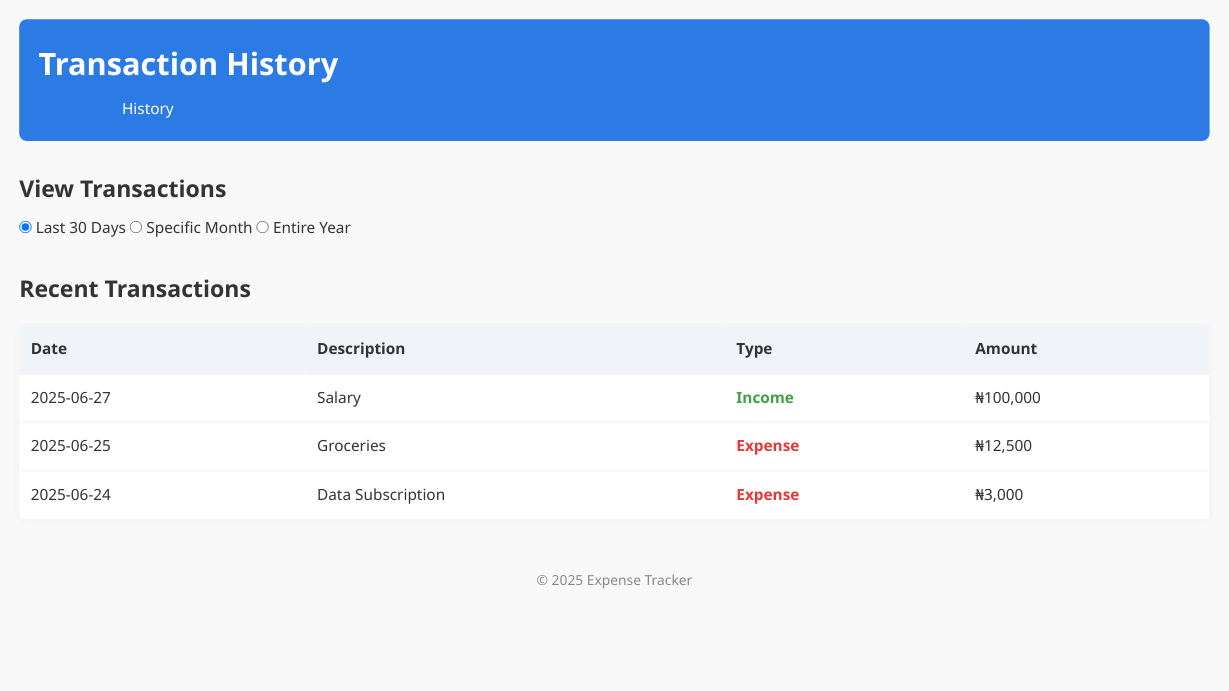
Repository: An-tonDev/expense-tracker
Page: public/html/history.html
These files come from the project's save history. The page is drawn as it stood at one moment and after the next save; the edit follows.
The browser window is 1280 px wide. The pictures show the whole page, at 96% of full size.

Above is the page before, as saved 2025-06-28 20:59:11.

After the next save:
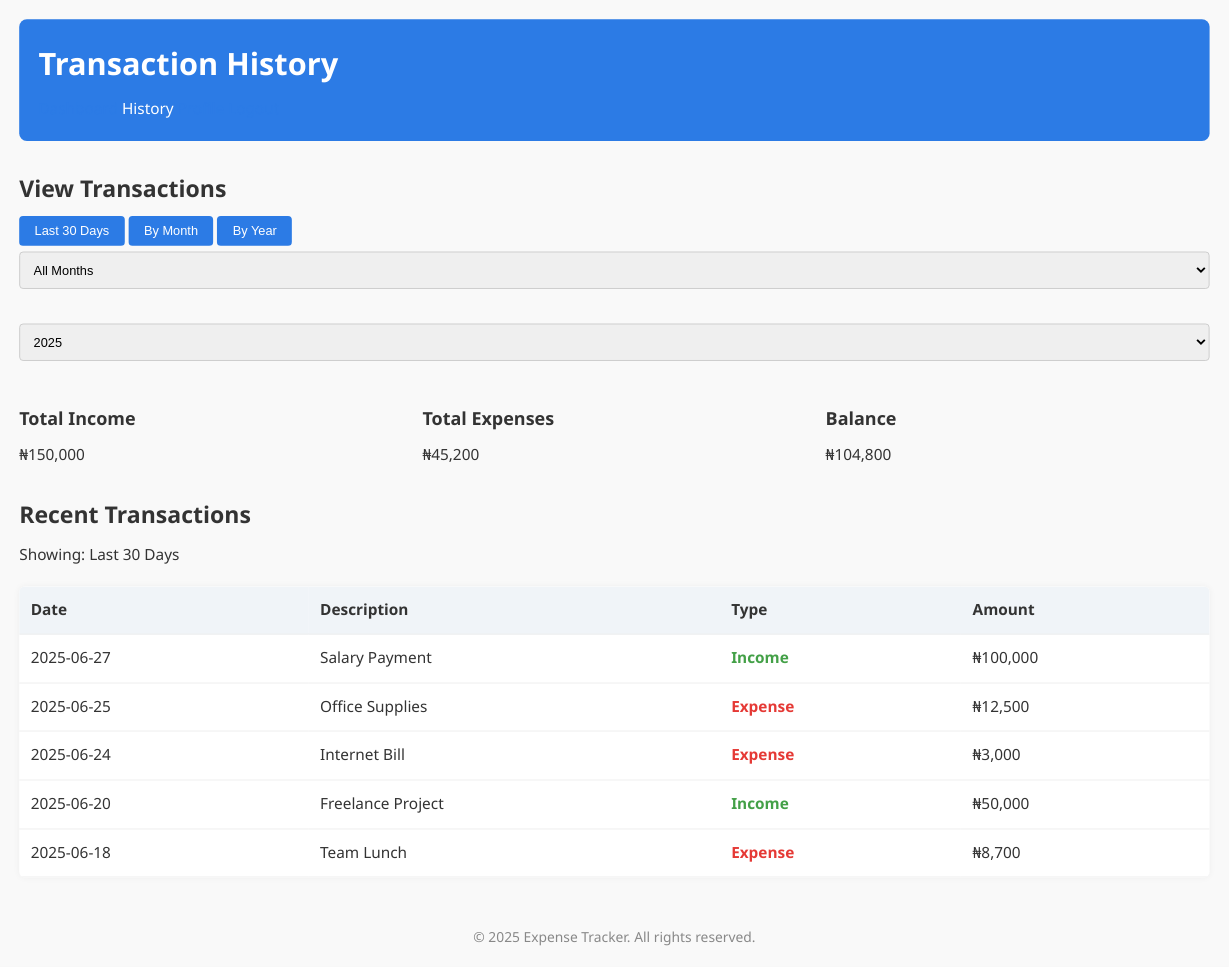
Saved 21 s later.
--- a/public/html/history.html
+++ b/public/html/history.html
@@ -19,55 +19,73 @@
   </header>
 
   <main class="history-container">
-    <!-- Filter Section -->
+    <!-- Enhanced Filter Section -->
     <section class="filter-section">
       <h2>View Transactions</h2>
       <div class="filter-options">
-        <div class="time-range">
-          <label>
-            <input type="radio" name="time-range" value="recent" checked>
-            Last 30 Days
-          </label>
-          <label>
-            <input type="radio" name="time-range" value="month">
-            Specific Month
-          </label>
-          <label>
-            <input type="radio" name="time-range" value="year">
-            Entire Year
-          </label>
+        <div class="time-range-tabs">
+          <button class="time-tab active" data-range="recent">Last 30 Days</button>
+          <button class="time-tab" data-range="month">By Month</button>
+          <button class="time-tab" data-range="year">By Year</button>
         </div>
 
-        <div class="month-year-filters" style="display:none;">
-          <select class="form-select" id="month">
-            <option value="">All Months</option>
-            <option value="01">January</option>
-            <option value="02">February</option>
-            <option value="03">March</option>
-            <option value="04">April</option>
-            <option value="05">May</option>
-            <option value="06">June</option>
-            <option value="07">July</option>
-            <option value="08">August</option>
-            <option value="09">September</option>
-            <option value="10">October</option>
-            <option value="11">November</option>
-            <option value="12">December</option>
-          </select>
-
-          <select class="form-select" id="year">
-            <option value="">All Years</option>
-            <option value="2023">2023</option>
-            <option value="2024">2024</option>
-            <option value="2025">2025</option>
-          </select>
+        <div class="month-year-filters">
+          <div class="form-group">
+            <select id="month-select" class="form-select">
+              <option value="">All Months</option>
+              <option value="01">January</option>
+              <option value="02">February</option>
+              <option value="03">March</option>
+              <option value="04">April</option>
+              <option value="05">May</option>
+              <option value="06">June</option>
+              <option value="07">July</option>
+              <option value="08">August</option>
+              <option value="09">September</option>
+              <option value="10">October</option>
+              <option value="11">November</option>
+              <option value="12">December</option>
+            </select>
+          </div>
+          <div class="form-group">
+            <select id="year-select" class="form-select">
+              <option value="">All Years</option>
+              <option value="2023">2023</option>
+              <option value="2024">2024</option>
+              <option value="2025" selected>2025</option>
+            </select>
+          </div>
         </div>
       </div>
     </section>
 
-    <!-- Recent Transactions (Default View) -->
-    <section class="recent-transactions">
-      <h2>Recent Transactions</h2>
+    <!-- Summary Cards -->
+    <section class="summary-section">
+      <div class="summary-cards">
+        <div class="summary-card income-card">
+          <h3>Total Income</h3>
+          <p class="amount-income">₦150,000</p>
+        </div>
+        <div class="summary-card expense-card">
+          <h3>Total Expenses</h3>
+          <p class="amount-expense">₦45,200</p>
+        </div>
+        <div class="summary-card balance-card">
+          <h3>Balance</h3>
+          <p class="balance-amount">₦104,800</p>
+        </div>
+      </div>
+    </section>
+
+    <!-- Transactions Table (Default Recent) -->
+    <section class="transactions-section">
+      <div class="section-header">
+        <h2>Recent Transactions</h2>
+        <div class="view-options">
+          <span>Showing: Last 30 Days</span>
+        </div>
+      </div>
+
       <div class="transaction-table">
         <table>
           <thead>
@@ -81,51 +99,55 @@
           <tbody>
             <tr>
               <td>2025-06-27</td>
-              <td>Salary</td>
+              <td>Salary Payment</td>
               <td class="type-income">Income</td>
               <td class="amount-income">₦100,000</td>
             </tr>
             <tr>
               <td>2025-06-25</td>
-              <td>Groceries</td>
+              <td>Office Supplies</td>
               <td class="type-expense">Expense</td>
               <td class="amount-expense">₦12,500</td>
             </tr>
             <tr>
               <td>2025-06-24</td>
-              <td>Data Subscription</td>
+              <td>Internet Bill</td>
               <td class="type-expense">Expense</td>
               <td class="amount-expense">₦3,000</td>
+            </tr>
+            <tr>
+              <td>2025-06-20</td>
+              <td>Freelance Project</td>
+              <td class="type-income">Income</td>
+              <td class="amount-income">₦50,000</td>
+            </tr>
+            <tr>
+              <td>2025-06-18</td>
+              <td>Team Lunch</td>
+              <td class="type-expense">Expense</td>
+              <td class="amount-expense">₦8,700</td>
             </tr>
           </tbody>
         </table>
       </div>
     </section>
 
-    <!-- Filtered Results (Hidden by default) -->
+    <!-- Filtered Results Section (Hidden by default) -->
     <section class="filtered-results" style="display:none;">
-      <h2>Filtered Results</h2>
+      <div class="section-header">
+        <h2 id="results-title">Filtered Transactions</h2>
+        <button class="btn btn-sm" id="reset-filter">Reset Filter</button>
+      </div>
       <div class="transaction-table">
         <table>
-          <thead>
-            <tr>
-              <th>Date</th>
-              <th>Description</th>
-              <th>Type</th>
-              <th>Amount</th>
-            </tr>
-          </thead>
-          <tbody>
-            <!-- Will be populated by JavaScript -->
-          </tbody>
+          <!-- Will be populated by JavaScript -->
         </table>
       </div>
     </section>
   </main>
 
   <footer class="page-footer">
-    <p>&copy; 2025 Expense Tracker</p>
+    <p>&copy; 2025 Expense Tracker. All rights reserved.</p>
   </footer>
-
 </body>
 </html>
